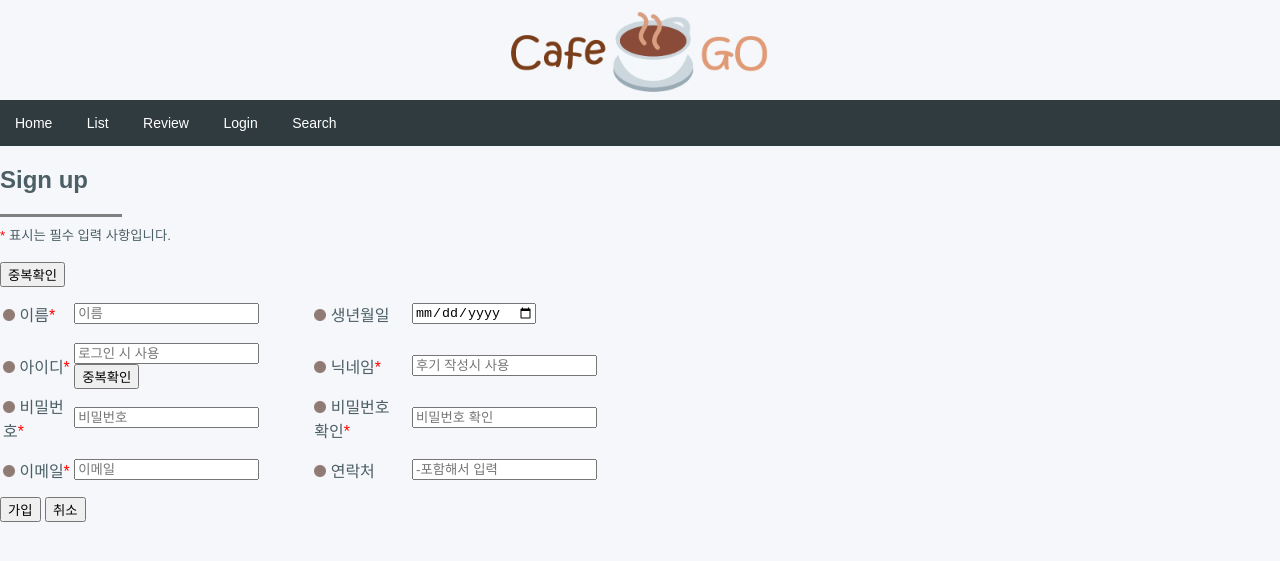
Repository: JuYeong0413/Web-Programming
Page: http://localhost/CafeGo/signup.jsp
An editor plug-in stored every save of this project. The page is shown before and after the next save, followed by the edit.
The browser window is 1280 px wide. The pictures show the whole page.
The page is served by Tomcat 9.

Above is the page before, as saved 2018-12-22 19:30:39.

After the next save:
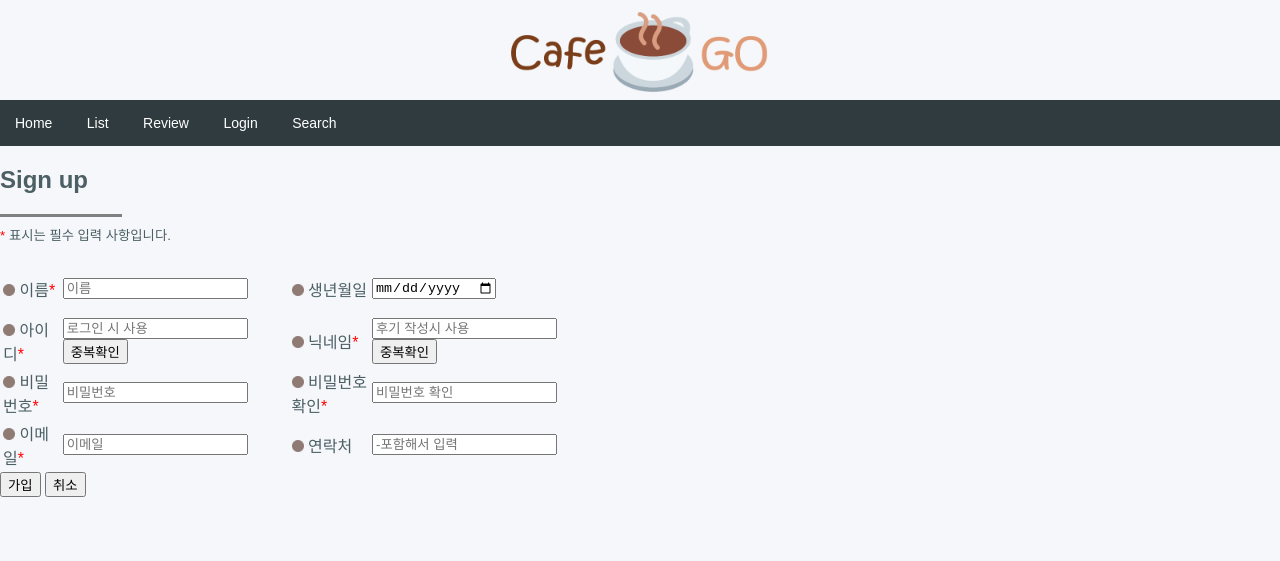
Saved 22 s later.
--- a/Project/CafeGo/WebContent/signup.jsp
+++ b/Project/CafeGo/WebContent/signup.jsp
@@ -27,7 +27,7 @@
         <td><input name="id" value="" id="id" placeholder="로그인 시 사용" type="text" /><input type="button" value="중복확인" onclick="checkId.jsp">
         </td>
         <td><img src="image/dot.png" width="12" height="12"> 닉네임<span style="color: red">*</span></td>
-        <td><input name="nickname" value="" id="nickname" placeholder="후기 작성시 사용" type="text" /></td><input type="button" value="중복확인" onclick="checkNickname.jsp">
+        <td><input name="nickname" value="" id="nickname" placeholder="후기 작성시 사용" type="text" /><input type="button" value="중복확인" onclick="checkNickname.jsp"></td>
       </tr>
       <tr height="50">
         <td><img src="image/dot.png" width="12" height="12"> 비밀번호<span style="color: red">*</span></td>
